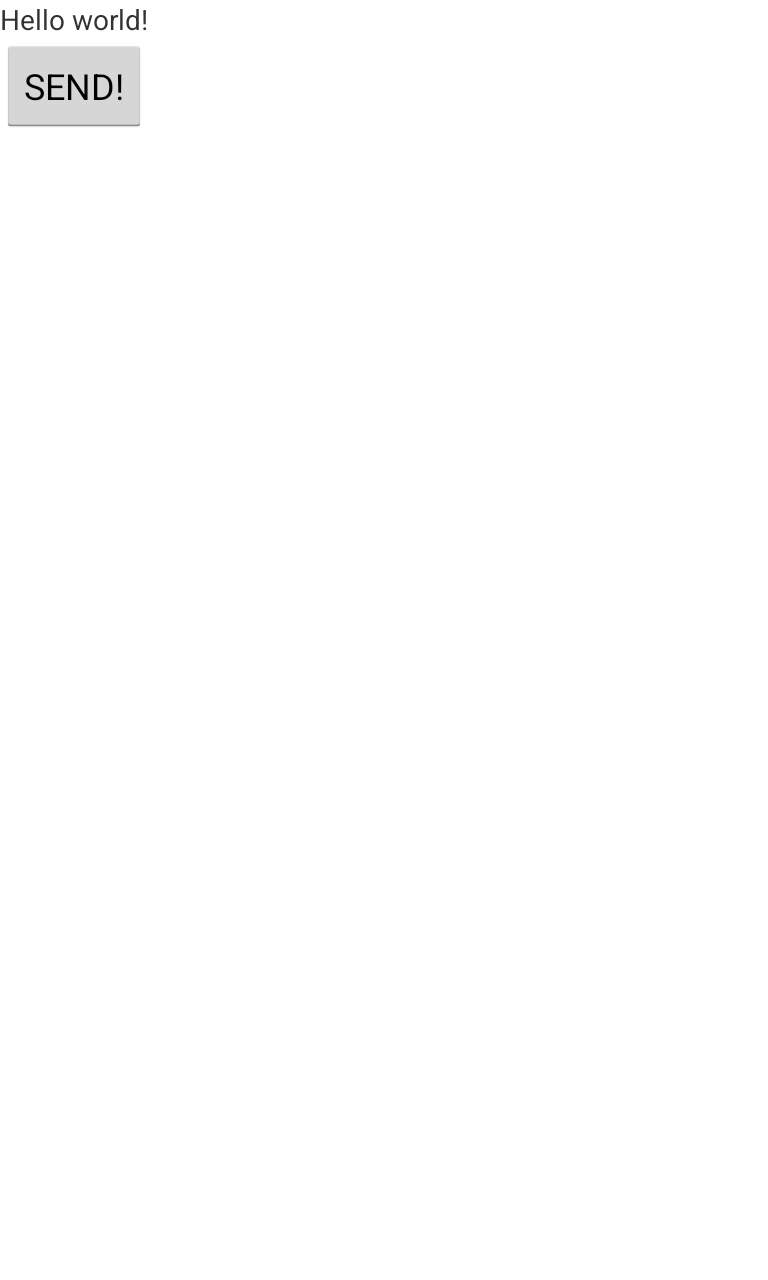
Repository: RayyLim/LiarPoker
Layout: LiarPoker/res/layout/activity_main.xml
These files come from the project's save history. The layout is drawn as it stood at one moment and after the next save; the edit follows.
It is drawn on a 768 x 1280 px phone screen (xhdpi) without system bars, with theme AppTheme; the app's code is not run.

Above is the layout before, as saved 2012-07-21 22:44:38.

After the next save:
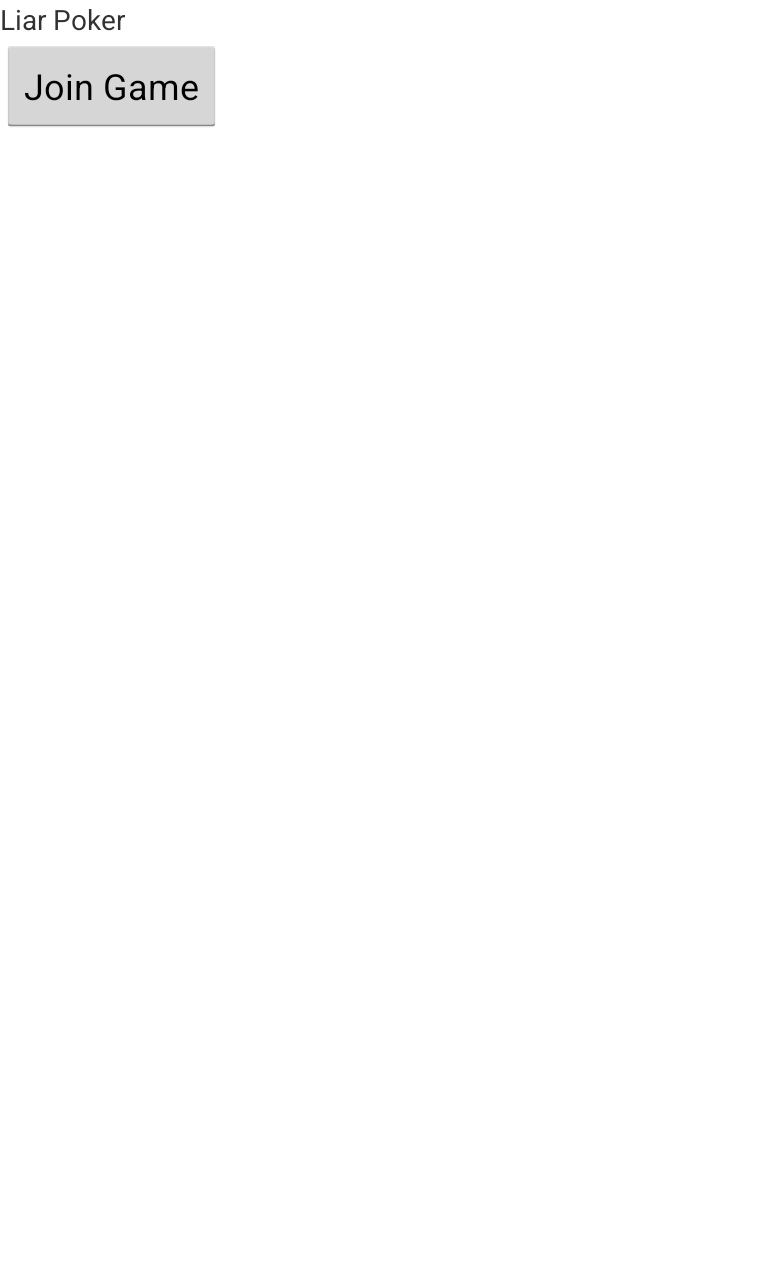
Saved 1 s later.
--- a/LiarPoker/res/layout/activity_main.xml
+++ b/LiarPoker/res/layout/activity_main.xml
@@ -8,12 +8,12 @@
     <TextView
         android:layout_width="wrap_content"
         android:layout_height="wrap_content"
-        android:text="@string/hello_world"
+        android:text="@string/liarpokertitle"
         tools:context=".MainActivity" />
 
             <Button
         android:layout_width="wrap_content"
         android:layout_height="wrap_content"
-        android:text="@string/button_send" />
+        android:text="@string/button_joingame" />
 
 </LinearLayout>
